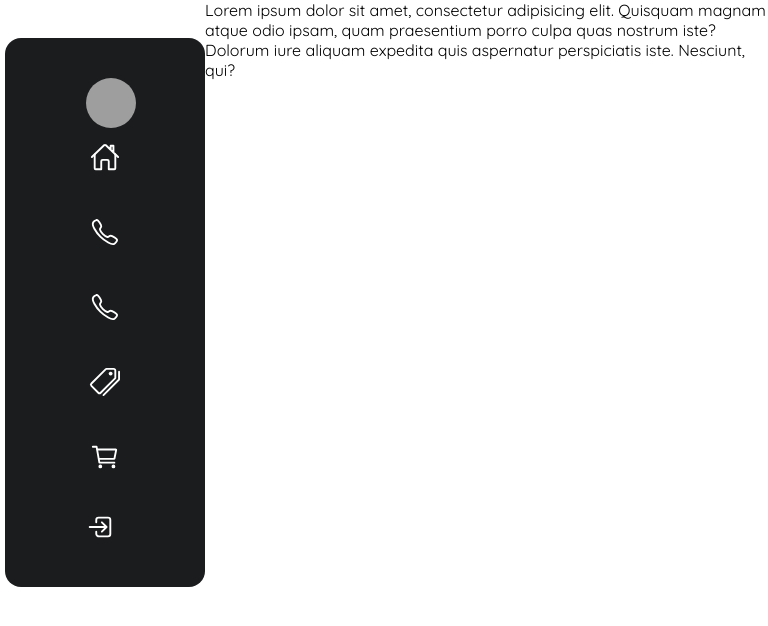
Repository: Fuocmanh/demo
Page: site/nav.html
The author's editor kept a copy of each file at every save. The page is drawn from the files as they stood at one save, then again after a run of saves.
The browser window is 768 px wide. The pictures show the whole page.
The pointer rests on the first visible `.sidebar`.
Pictures or frames that could not be fetched are drawn as grey boxes.

Above is the page before, as saved 2022-12-30 13:09:21.

### site/nav.html
<!DOCTYPE html>
<html lang="en">

<head>
    <meta charset="UTF-8">
    <meta name="viewport" content="width=device-width, initial-scale=1" />
    <link rel="stylesheet" href="../css/style.css">
    <script type="module" src="https://unpkg.com/ionicons@5.5.2/dist/ionicons/ionicons.esm.js"></script>
    <script nomodule src="https://unpkg.com/ionicons@5.5.2/dist/ionicons/ionicons.js"></script>
</head>

<body >
    <section id="sidebar">
        <div class="sidebar">
            <a href="#" class="logo">
                <img src="https://i.pinimg.com/550x/dd/6d/22/dd6d2277032c5f365dd3149d45b3a820.jpg" alt="" class="logo-image" />
            </a>
            <nav>
                <ul class="menu">
                    <li class="menu-item">
                        <a href="#" class="menu-link">
                            <ion-icon name="home-outline"></ion-icon>
                            <span>Trang chủ</span>
                        </a>
                    </li>
                    <li class="menu-item">
                        <a href="#" class="menu-link">
                            <ion-icon name="call-outline"></ion-icon>
                            <span>Liên hệ</span>
                        </a>
                    </li>
                    <li class="menu-item">
                        <a href="#" class="menu-link">
                            <ion-icon name="call-outline"></ion-icon>
                            <span>Giới thiệu</span>

                        </a>
                    </li>
                    <li class="menu-item">
                        <a href="#" class="menu-link">
                            <ion-icon name="pricetags-outline"></ion-icon>
                            <span>Sản phẩm</span>
                        </a>
                    </li>
                    <li class="menu-item">
                        <a href="#" class="menu-link">
                            <ion-icon name="cart-outline"></ion-icon>
                            <span>Giỏ hàng</span>
                        </a>
                    </li>
                    <li class="menu-item" style="margin: -5px;">
                        <a href="#" class="menu-link">
                            <ion-icon name="log-in-outline"></ion-icon>
                            <span>Đăng xuất</span>
                        </a>
                    </li>
                </ul>
            </nav>

            <!-- <div class="">
                <a href="#!"><ion-icon name="log-in-outline"></ion-icon></a>
            </div> -->
        </div>
    </section>
    <section>
        <p>Lorem ipsum dolor sit amet, consectetur adipisicing elit. Quisquam magnam atque odio ipsam, quam praesentium porro culpa quas nostrum iste? Dolorum iure aliquam expedita quis aspernatur perspiciatis iste. Nesciunt, qui?</p>
    </section>
    <script src="../js/style.js"></script>
</body>

</html>

### css/style.css
@import url('https://fonts.googleapis.com/css2?family=Quicksand:wght@300;400;500;600;700&display=swap');

html {
    font-family: 'Quicksand', sans-serif;
}

* {
    /* font-size: 18px; */
    width: 100%;
    margin: 0px;
    padding: 0px;
    box-sizing: border-box;
}
body{
    display: flex;
}
#sidebar{
    height: 100%;
    width: max-content;
    /* background-color: aqua; */
    margin-left: 5px;
    margin-top: 5%;
}

.sidebar {
    background-color: #1A1C1E;
    width: 80px;
    height: 100%;
    padding: 40px 5px;
    border-radius: 16px;
    transition: 0.5s;
    /* transform: translate(0px,20%);    */

}
@media screen and (max-width:768px){
    .sidebar:hover{
        width: 200px;

        transform: scaleX(120px) ;
    }
    .sidebar .menu-link span{
        display: none;
    }
    .sidebar:hover .logo-image{
        transform: translate(0px,0px);

    }
}


ion-icon {
    font-size: 30px;
    color: #FFFFFF;
}
.sidebar:not(:hover) .logo-image{
    transform: translate(-16px,-7px);

}
.logo{
    width: 100%;
    height: 50px;
}
.logo-image{
    transform: translateY(-8px);
    margin: 0 40%;
    width: 50px;
    height: 50px;
    border-radius: 50%;
}



li {
    width: 100%;
    display: flex;
    align-items: center;
    justify-content: center;
  margin-bottom: 25px;
}

.menu-link {
    width: 100%;
    display: flex;
    color: #FFFFFF;
    list-style: none;
    text-decoration: none;
    padding: 10px;
    border-radius: 9% 91% 91% 9% / 52% 48% 52% 48%  ;
}
.menu-link:hover{
    border-radius: 9% 91% 91% 9% / 52% 48% 52% 48%  ;
    background-color: rgba(0, 0, 0, .5);
}
.menu-link span {
    transform: translate(-25px, 5px);
}

### js/style.js
var nav = document.getElementById('nav');
function hideShowNav(){
    display=nav.style.display ;
    display=='none'?nav.style.display ='block':nav.style.display ='none';
    // nav.style.opacity='1';
}
// function onchane(){
//     let width = document.getElementsByClassName('.box').style.width='50%';
// console.log(width);
// }

After the next 2 saves:
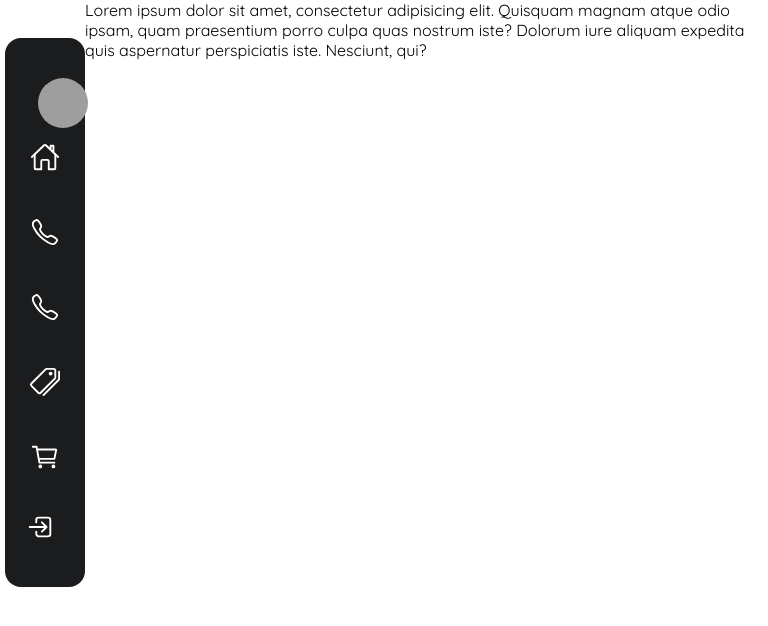
The 2 saves are shown as one change because they came seconds apart.
The last was saved 17 s later.
--- a/css/style.css
+++ b/css/style.css
@@ -34,7 +34,7 @@ body{
 }
 @media screen and (max-width:768px){
     .sidebar:hover{
-        width: 200px;
+        width: 80px;
 
         transform: scaleX(120px) ;
     }
